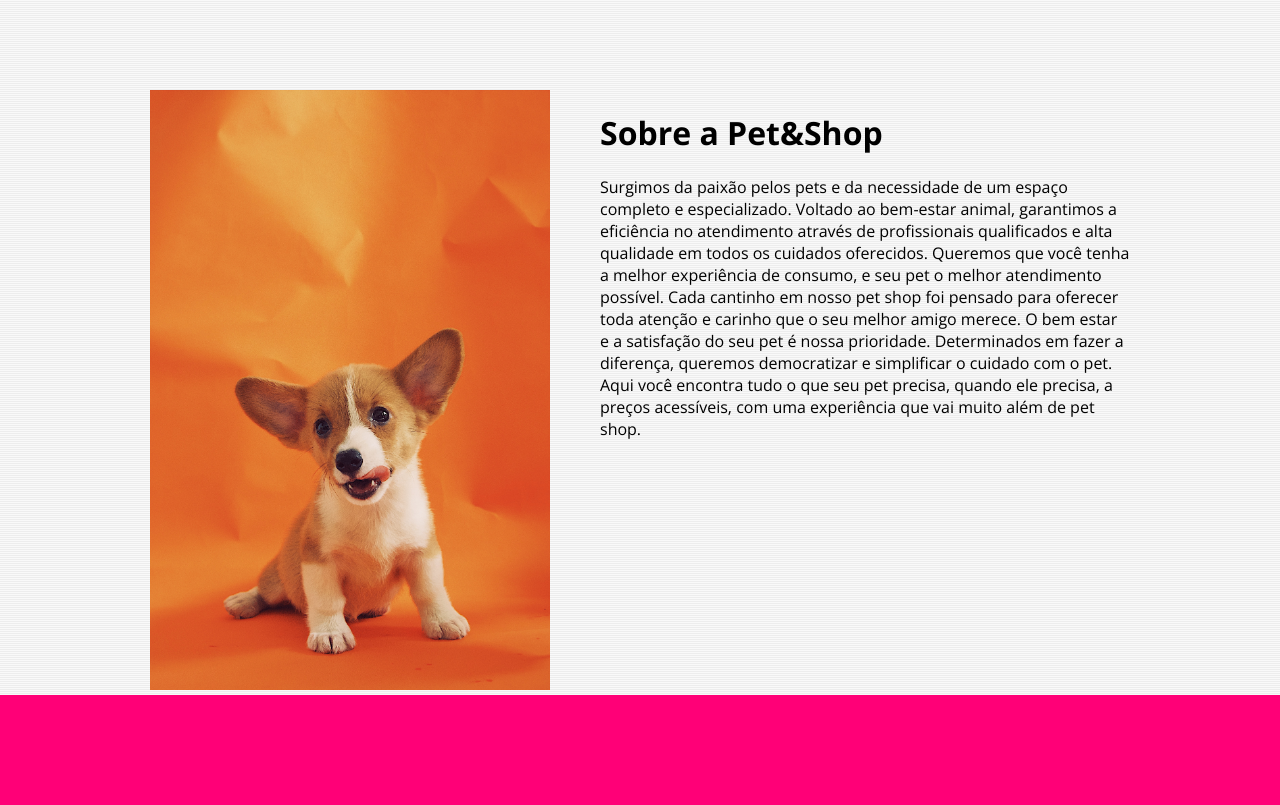
Repository: Carolden/ProhetoPetShop
Page: sobre.html
An editor plug-in stored every save of this project. The page is shown before and after the next save, followed by the edit.
The browser window is 1280 px wide. The pictures show the part of the page from y = 260 to 1065 px (the page is 1730 px tall).
A picture or video elsewhere on the page could not be fetched, so the positions and the page height are approximate.

Above is the page before, as saved 2023-04-29 20:07:49.

After the next save:
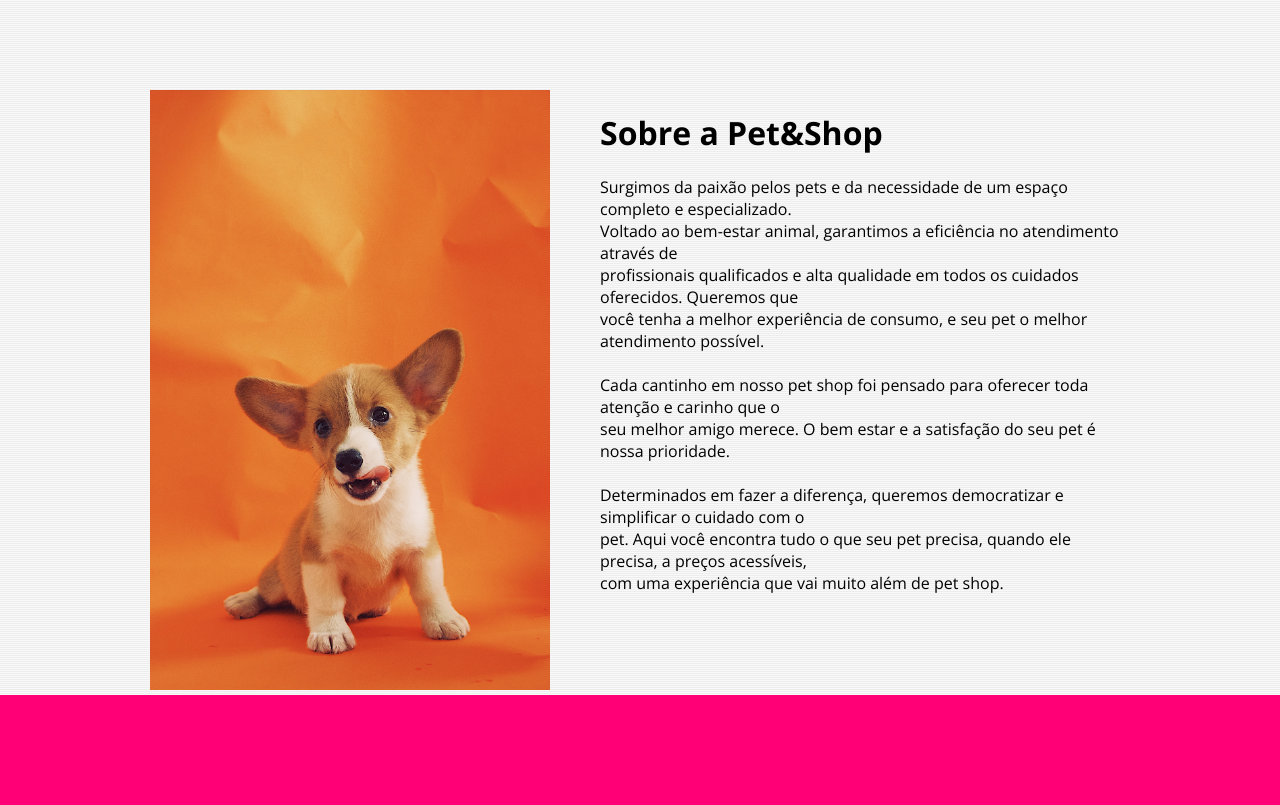
Saved 98 s later.
--- a/sobre.html
+++ b/sobre.html
@@ -50,9 +50,9 @@
 
             <h1 class="columntext">Sobre a Pet&Shop</h1>
             <p class="columntext">
-                Surgimos da paixão pelos pets e da necessidade de um espaço completo e especializado. Voltado ao bem-estar animal, garantimos a eficiência no atendimento através de profissionais qualificados e alta qualidade em todos os cuidados oferecidos. Queremos que você tenha a melhor experiência de consumo, e seu pet o melhor atendimento possível.
-                Cada cantinho em nosso pet shop foi pensado para oferecer toda atenção e carinho que o seu melhor amigo merece. O bem estar e a satisfação do seu pet é nossa prioridade.
-                Determinados em fazer a diferença, queremos democratizar e simplificar o cuidado com o pet. Aqui você encontra tudo o que seu pet precisa, quando ele precisa, a preços acessíveis, com uma experiência que vai muito além de pet shop.
+                Surgimos da paixão pelos pets e da necessidade de um espaço completo e especializado.<br>Voltado ao bem-estar animal, garantimos a eficiência no atendimento através de<br> profissionais qualificados e alta qualidade em todos os cuidados oferecidos. Queremos que <br>você tenha a melhor experiência de consumo, e seu pet o melhor atendimento possível.<br><br>
+                Cada cantinho em nosso pet shop foi pensado para oferecer toda atenção e carinho que o <br>seu melhor amigo merece. O bem estar e a satisfação do seu pet é nossa prioridade.<br><br>
+                Determinados em fazer a diferença, queremos democratizar e simplificar o cuidado com o <br>pet. Aqui você encontra tudo o que seu pet precisa, quando ele precisa, a preços acessíveis, <br>com uma experiência que vai muito além de pet shop.
             </p>
 
         </div>
